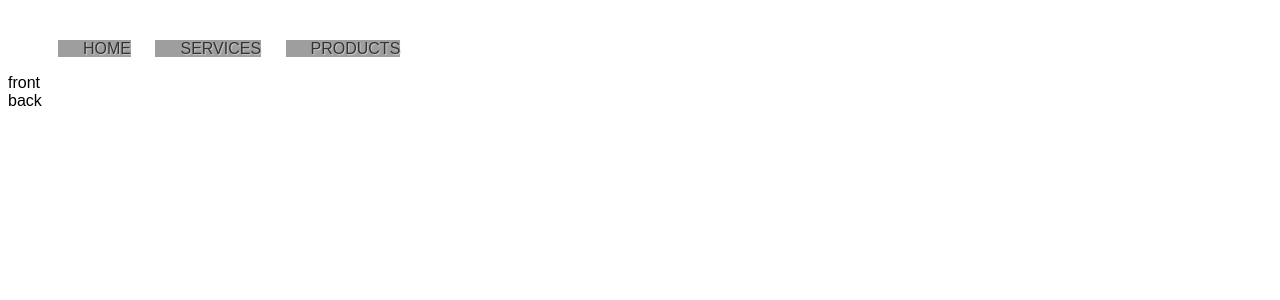
Repository: LtGriff/capstoneprogress
Page: index.html
An editor plug-in stored every save of this project. The page is shown before and after the next save, followed by the edit.
The browser window is 1280 px wide. The pictures show the whole page.
Pictures or frames that could not be fetched are drawn as grey boxes.

Above is the page before, as saved 2022-06-05 23:51:34.

After the next save:
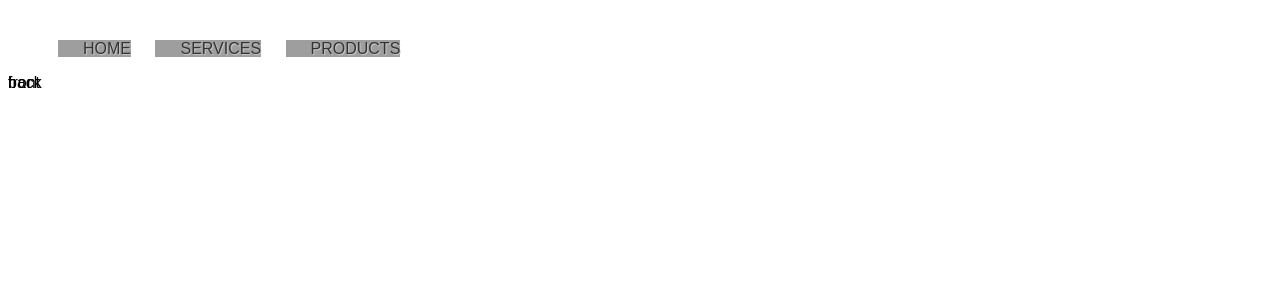
Saved 19 s later.
--- a/style.css
+++ b/style.css
@@ -32,3 +32,10 @@ body { font-family: sans-serif; }
   transition: transform 1s;
   transform-style: preserve-3d;
 }
+
+.card__face {
+  position: absolute;
+  height: 100%;
+  width: 100%;
+  backface-visibility: hidden;
+}
